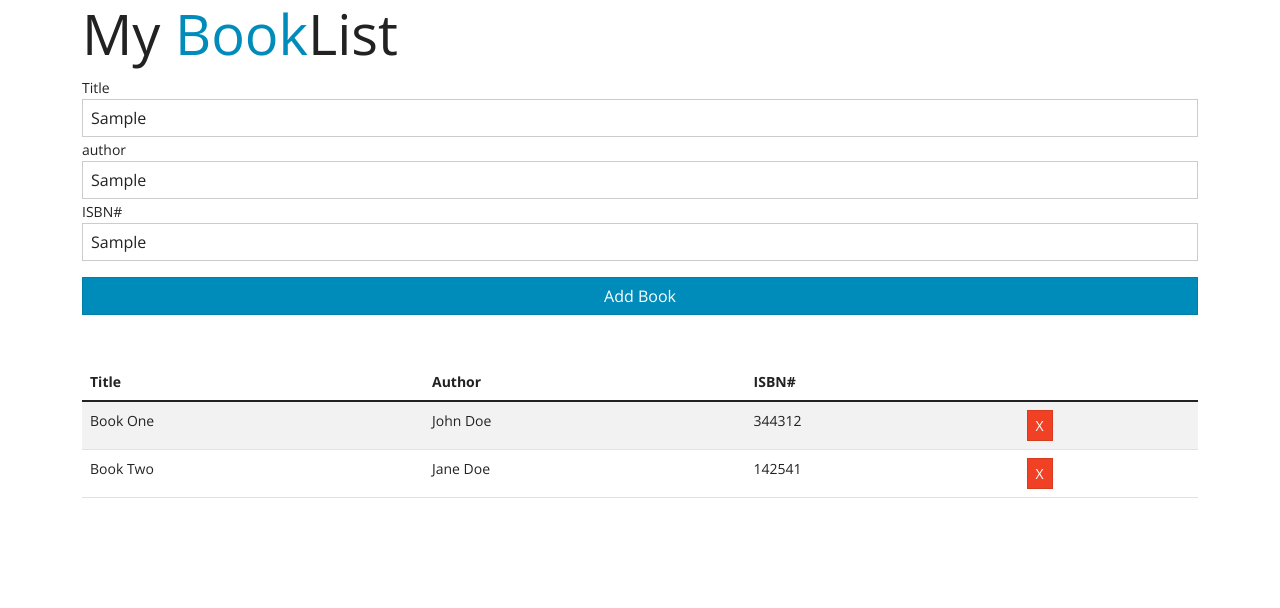
Repository: Fauzaanmhmd/vanillaBookList
Page: index.html
These files come from the project's save history. The page is drawn as it stood at one moment and after the next save; the edit follows.
The browser window is 1280 px wide. The pictures show the whole page.
Empty fields were first filled with sample values (such as "Sample", 5 or name@example.com).
After loading, the first visible `#book-list` was clicked once.

Above is the page before, as saved 2022-02-16 07:22:52.

### index.html
<!DOCTYPE html>
<html lang="en">

<head>
    <meta charset="UTF-8">
    <meta http-equiv="X-UA-Compatible" content="IE=edge">
    <meta name="viewport" content="width=device-width, initial-scale=1.0">
    <link rel="stylesheet" type="text/css" href="bootstrap.min.css">
    <title>My BookList App</title>
</head>

<body>
    <div class="container">
        <h1 class="display-4">My <span class="text-primary">Book</span>List</h1>
        <form action="" id="book-form">
            <div class="form-group">
                <label for="title">Title</label>
                <input type="text" id="title" class="form-control">
            </div>
            <div class="form-group">
                <label for="author">author</label>
                <input type="text" id="author" class="form-control">
            </div>
            <div class="form-group">
                <label for="isbn">ISBN#</label>
                <input type="text" id="isbn" class="form-control">
            </div>
            <input type="submit" value="Add Book" class="btn btn-primary col-12 mt-3">
        </form>
        <table class="table table-striped mt-5">
            <thead>
                <tr>
                    <th>Title</th>
                    <th>Author</th>
                    <th>ISBN#</th>
                </tr>
            </thead>
            <tbody id="book-list"></tbody>
        </table>
    </div>
    <script src="main.js"></script>
</body>

</html>

### main.js
// Book Class: Represents a Book

class Book {
    constructor(title, author, isbn) {
        this.title = title;
        this.author = author;
        this.isbn = isbn;
    }
}

// UI Class: Handle UI Tasks

class UI {
    static displayBooks() {
        const StoredBooks = [
            {
                title: 'Book One',
                author: 'John Doe',
                isbn: '344312'
            },
            {
                title: 'Book Two',
                author: 'Jane Doe',
                isbn: '142541'
            }
        ];

        const books = StoredBooks;

        books.forEach((book) => UI.addBookToList(book));
    }

    static addBookToList(book) {
        const list = document.querySelector('#book-list');

        const row = document.createElement('tr');

        row.innerHTML = `
        <td>${book.title}</td>
        <td>${book.author}</td>
        <td>${book.isbn}</td>
        <td><a href="#" class="btn btn-danger btn-sm delete">X</a></td>
        `;

        list.appendChild(row);
    }

    static deleteBook(el) {
        if (el.classList.contains('delete')) {
            el.parentElement.parentElement.remove();
        }
    }

    static showAlert(message, className) {
        const div = document.createElement('div');
        div.className = `alert alert-${className}`;
        div.appendChild(document.createTextNode(message));
        const container = document.querySelector('.container');
        const form = document.querySelector('#book-form');
        container.insertBefore(div, form);

        // Vanish in 3 seconds
        setTimeout(() => document.querySelector('.alert').remove(), 3000);
    }

    static clearFields() {
        document.querySelector('#title').value = '';
        document.querySelector('#author').value = '';
        document.querySelector('#isbn').value = '';
    }
}

// Store Class: Handle Storage

// Event: Display Books
document.addEventListener('DOMContentLoaded', UI.displayBooks);

// Event: Add a Book
document.querySelector('#book-form').addEventListener('submit', (e) => {
    // prevent actual submit
    e.preventDefault();

    // Get form values
    const title = document.querySelector('#title').value;
    const author = document.querySelector('#author').value;
    const isbn = document.querySelector('#isbn').value;

    // Validate
    if (title === '' || author === '' || isbn === '') {
        UI.showAlert('Please fill in all fields', 'success');
    } else {
        // Instatiate Book
        const book = new Book(title, author, isbn);

        // Add Book to UI
        UI.addBookToList(book);

        // Show success message
        UI.showAlert('Book Added', 'success');

        // Clear Fields
        UI.clearFields();
    }
});

// Event: Remove a Book
document.querySelector('#book-list').addEventListener('click', (e) => {
    UI.deleteBook(e.target)
});

Loaded but not shown: bootstrap.min.css (library)

After the next save:
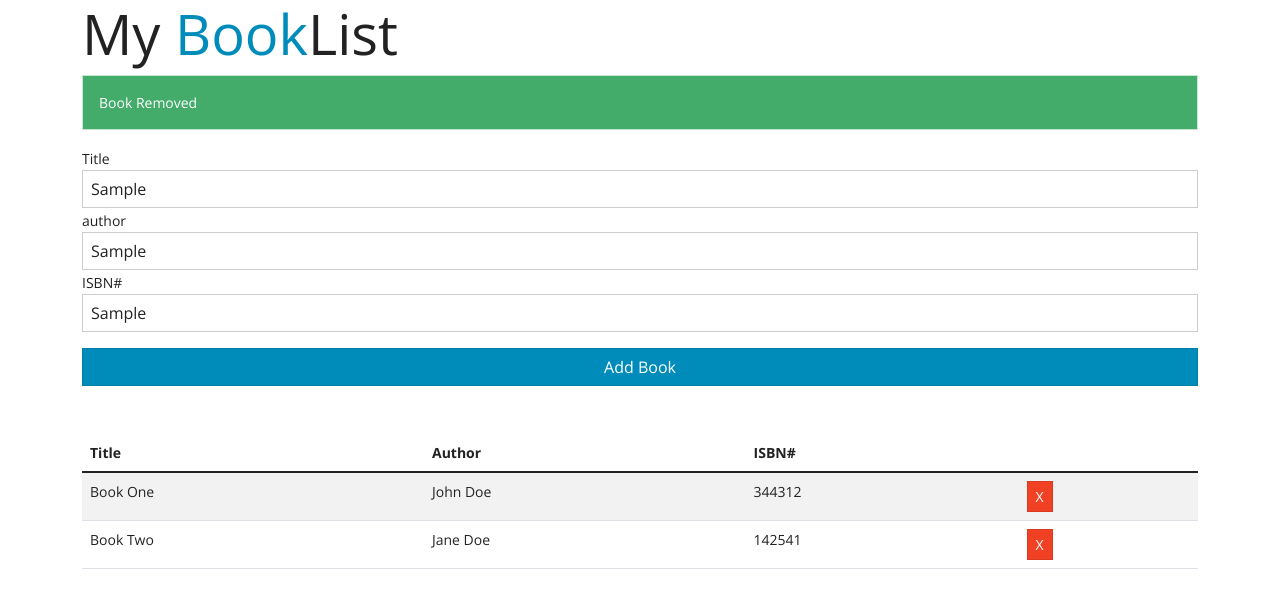
Saved 72 s later.
--- a/main.js
+++ b/main.js
@@ -106,4 +106,7 @@ document.querySelector('#book-form').addEventListener('submit', (e) => {
 // Event: Remove a Book
 document.querySelector('#book-list').addEventListener('click', (e) => {
     UI.deleteBook(e.target)
+
+    // Show remove message
+    UI.showAlert('Book Removed', 'success');
 });
